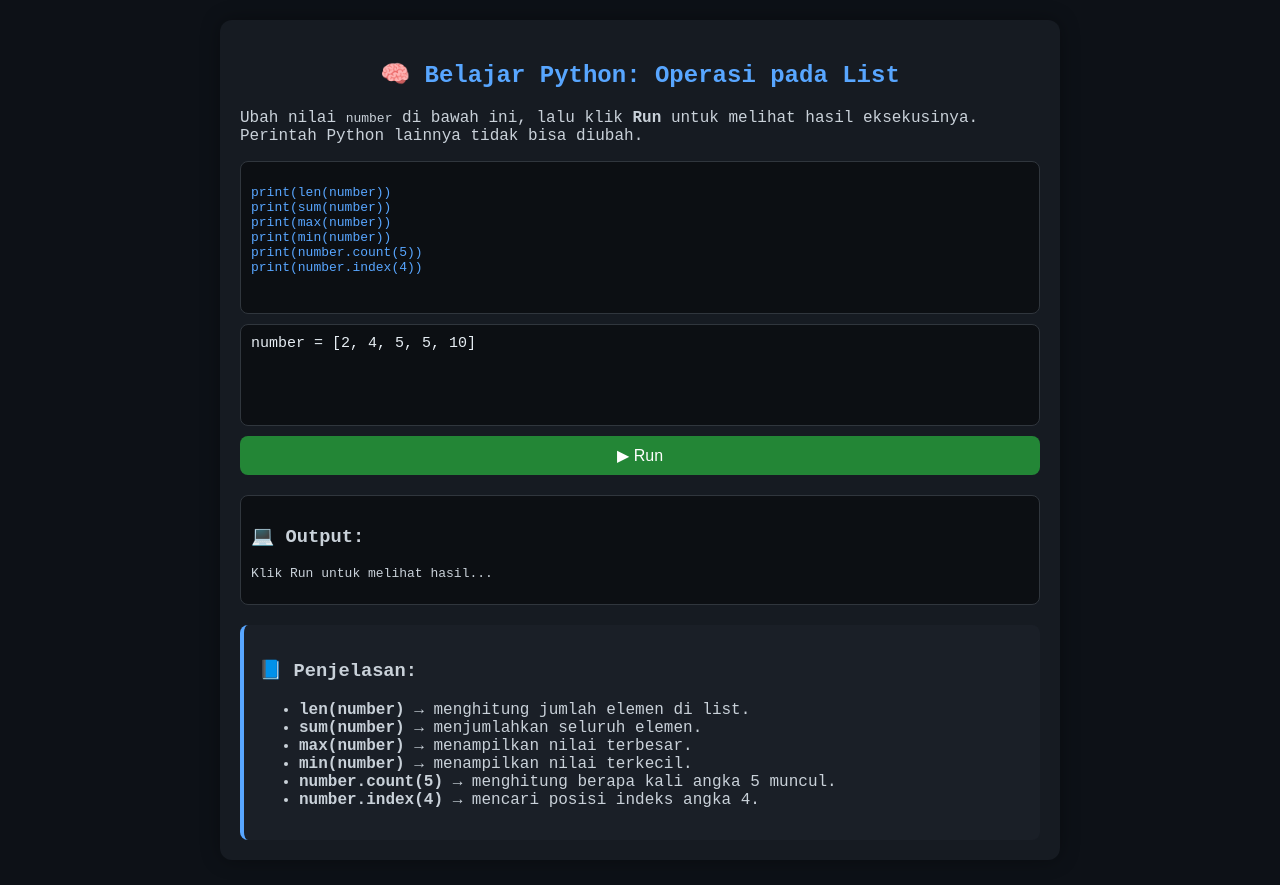
Repository: smkmutipugademak/Array
Page: index.html
These files come from the project's save history. The page is drawn as it stood at one moment and after the next save; the edit follows.
The browser window is 1280 px wide. The pictures show the whole page.
After loading, the first visible `#runBtn` was clicked once.

Above is the page before, as saved 2025-11-11 04:31:49.
Console error: TypeError: Cannot read properties of null (reading 'value')

### index.html
<!DOCTYPE html>
<html lang="id">

<head>
    <meta charset="UTF-8">
    <meta name="viewport" content="width=device-width, initial-scale=1.0">
    <title>Belajar Python List Interaktif</title>
    <link rel="stylesheet" href="style.css">
</head>

<body>
    <div class="container">
        <h2>🧠 Belajar Python: Operasi pada List</h2>
        <p class="desc">
            Ubah nilai <code>number</code> di bawah ini, lalu klik <b>Run</b> untuk melihat hasil eksekusinya.<br>
            Perintah Python lainnya tidak bisa diubah.
        </p>

        <div class="editor-box">
            <div class="readonly-code">
                <pre>
print(len(number))
print(sum(number))
print(max(number))
print(min(number))
print(number.count(5))
print(number.index(4))
                </pre>
            </div>
            <textarea id="editable" spellcheck="false">number = [2, 4, 5, 5, 10]</textarea>
        </div>

        <button id="runBtn">▶ Run</button>

        <div class="output-box">
            <h3>💻 Output:</h3>
            <pre id="output">Klik Run untuk melihat hasil...</pre>
        </div>

        <div class="explanation">
            <h3>📘 Penjelasan:</h3>
            <ul>
                <li><b>len(number)</b> → menghitung jumlah elemen di list.</li>
                <li><b>sum(number)</b> → menjumlahkan seluruh elemen.</li>
                <li><b>max(number)</b> → menampilkan nilai terbesar.</li>
                <li><b>min(number)</b> → menampilkan nilai terkecil.</li>
                <li><b>number.count(5)</b> → menghitung berapa kali angka 5 muncul.</li>
                <li><b>number.index(4)</b> → mencari posisi indeks angka 4.</li>
            </ul>
        </div>
    </div>

    <script src="script.js"></script>
</body>

</html>

### style.css
body {
    background-color: #0d1117;
    color: #c9d1d9;
    font-family: 'Fira Code', monospace;
    margin: 0;
    padding: 20px;
}

.container {
    max-width: 800px;
    margin: auto;
    background: #161b22;
    padding: 20px;
    border-radius: 12px;
    box-shadow: 0 0 20px #00000055;
}

h2 {
    text-align: center;
    color: #58a6ff;
}

.editor-box {
    display: flex;
    flex-direction: column;
    gap: 10px;
    margin-top: 15px;
}

.readonly-code {
    background: #0c0f13;
    padding: 10px;
    border-radius: 8px;
    border: 1px solid #30363d;
    color: #58a6ff;
}

textarea {
    background: #0c0f13;
    color: #e6edf3;
    border: 1px solid #30363d;
    border-radius: 8px;
    padding: 10px;
    height: 80px;
    resize: none;
    font-family: 'Fira Code', monospace;
    font-size: 15px;
}

button {
    display: block;
    width: 100%;
    background: #238636;
    color: white;
    border: none;
    padding: 10px;
    border-radius: 8px;
    font-size: 16px;
    margin-top: 10px;
    cursor: pointer;
    transition: 0.3s;
}

button:hover {
    background: #2ea043;
}

.output-box {
    background: #0c0f13;
    border: 1px solid #30363d;
    border-radius: 8px;
    padding: 10px;
    margin-top: 20px;
}

.explanation {
    background: #1a1f27;
    padding: 15px;
    border-radius: 8px;
    margin-top: 20px;
    border-left: 4px solid #58a6ff;
}

### script.js
function outf(text) {
    const outputArea = document.getElementById("output");
    outputArea.innerHTML += text + "\n";
}

function builtinRead(x) {
    if (Sk.builtinFiles === undefined || Sk.builtinFiles["files"][x] === undefined)
        throw "File not found: '" + x + "'";
    return Sk.builtinFiles["files"][x];
}

document.getElementById("runBtn").addEventListener("click", () => {
    const prog = document.getElementById("editor").value;
    const outputArea = document.getElementById("output");
    outputArea.innerHTML = "";

    Sk.configure({ output: outf, read: builtinRead });
    const promise = Sk.misceval.asyncToPromise(() =>
        Sk.importMainWithBody("<stdin>", false, prog, true)
    );

    promise.then(
        () => outf("\n✅ Program selesai tanpa error."),
        (err) => outf("\n❌ Error: " + err.toString())
    );
});

After the next save:
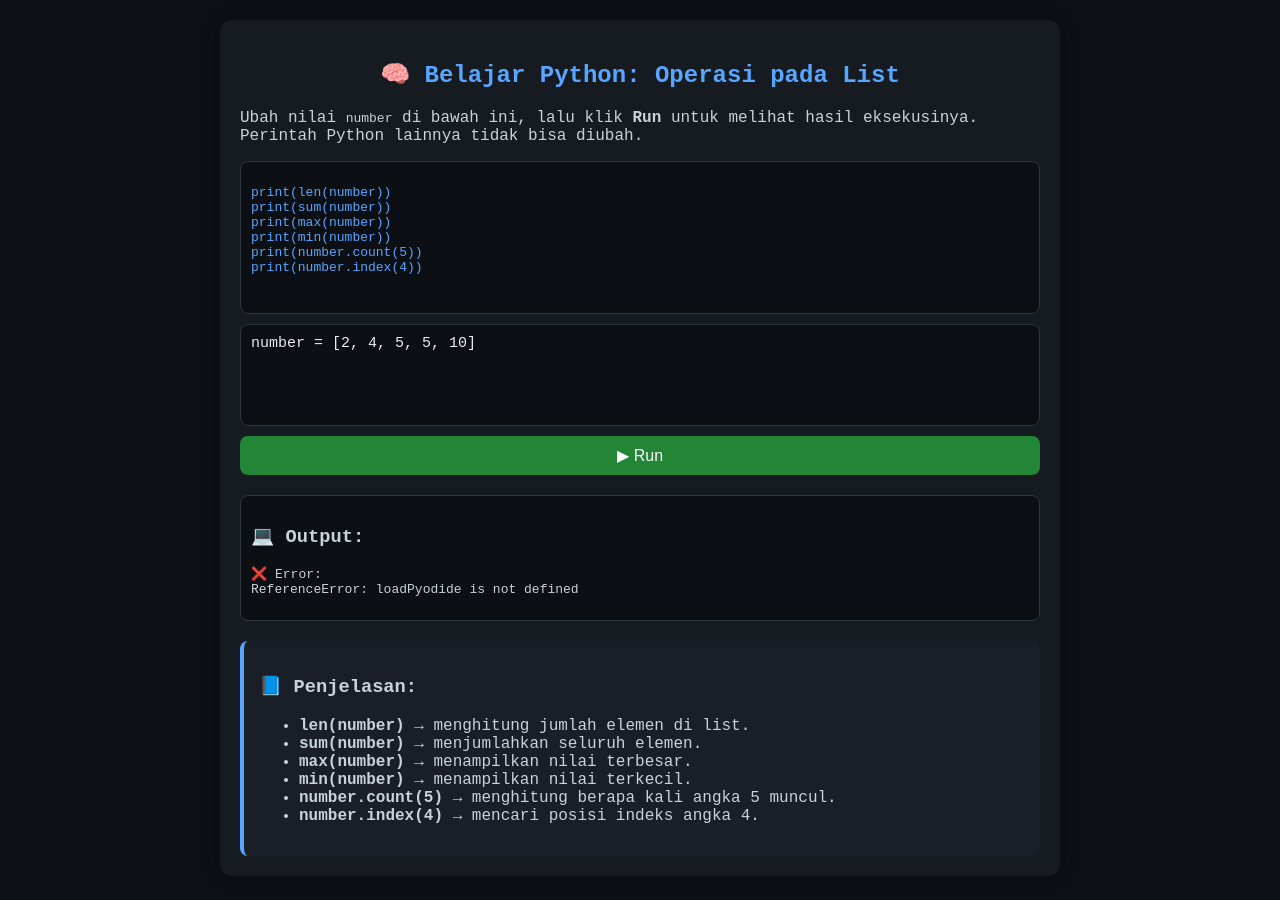
The error is gone.
Saved 7 s later.
--- a/script.js
+++ b/script.js
@@ -1,26 +1,35 @@
-function outf(text) {
-    const outputArea = document.getElementById("output");
-    outputArea.innerHTML += text + "\n";
+document.getElementById("runBtn").addEventListener("click", () => {
+    const userCode = document.getElementById("editable").value;
+    const baseCode = `
+${userCode}
+print(len(number))
+print(sum(number))
+print(max(number))
+print(min(number))
+print(number.count(5))
+print(number.index(4))
+`;
+
+    runPython(baseCode);
+});
+
+async function runPython(code) {
+    const output = document.getElementById("output");
+    output.textContent = "⏳ Menjalankan kode...";
+
+    try {
+        // Gunakan Pyodide (Python di browser)
+        if (!window.pyodide) {
+            output.textContent = "🔄 Memuat Python...";
+            window.pyodide = await loadPyodide();
+        }
+
+        let result = await window.pyodide.runPythonAsync(code);
+        output.textContent = result || "✅ Kode berhasil dijalankan tanpa output tambahan.";
+    } catch (err) {
+        output.textContent = "❌ Error:\n" + err;
+    }
 }
 
-function builtinRead(x) {
-    if (Sk.builtinFiles === undefined || Sk.builtinFiles["files"][x] === undefined)
-        throw "File not found: '" + x + "'";
-    return Sk.builtinFiles["files"][x];
-}
-
-document.getElementById("runBtn").addEventListener("click", () => {
-    const prog = document.getElementById("editor").value;
-    const outputArea = document.getElementById("output");
-    outputArea.innerHTML = "";
-
-    Sk.configure({ output: outf, read: builtinRead });
-    const promise = Sk.misceval.asyncToPromise(() =>
-        Sk.importMainWithBody("<stdin>", false, prog, true)
-    );
-
-    promise.then(
-        () => outf("\n✅ Program selesai tanpa error."),
-        (err) => outf("\n❌ Error: " + err.toString())
-    );
-});
+// Load Pyodide
+import("https://cdn.jsdelivr.net/pyodide/v0.24.1/full/pyodide.mjs");
